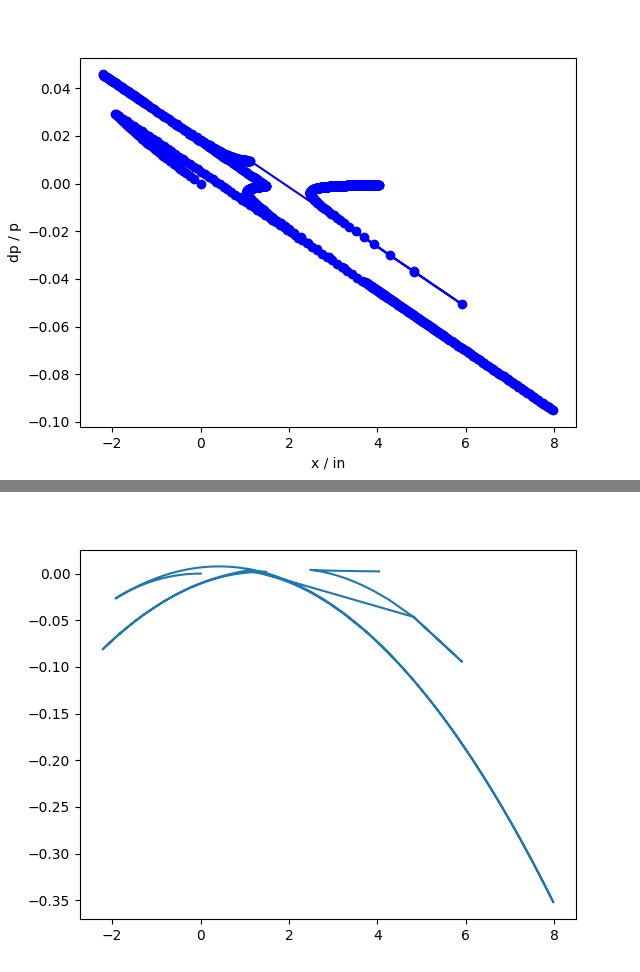
Repository: leiradom/Modified-linear-theory
Script's output: python 3_Shock_correction.py
The author's editor kept a copy of each file at every save. The script's output is drawn from the files as they stood at one save, then again after the next save.
Each picture stacks the figures in order, with grey between them; figures that are only written to a file come last. Random numbers start from a fixed seed.

Above is the script's output before, as saved 2021-04-07 09:40:02.

After the next save:
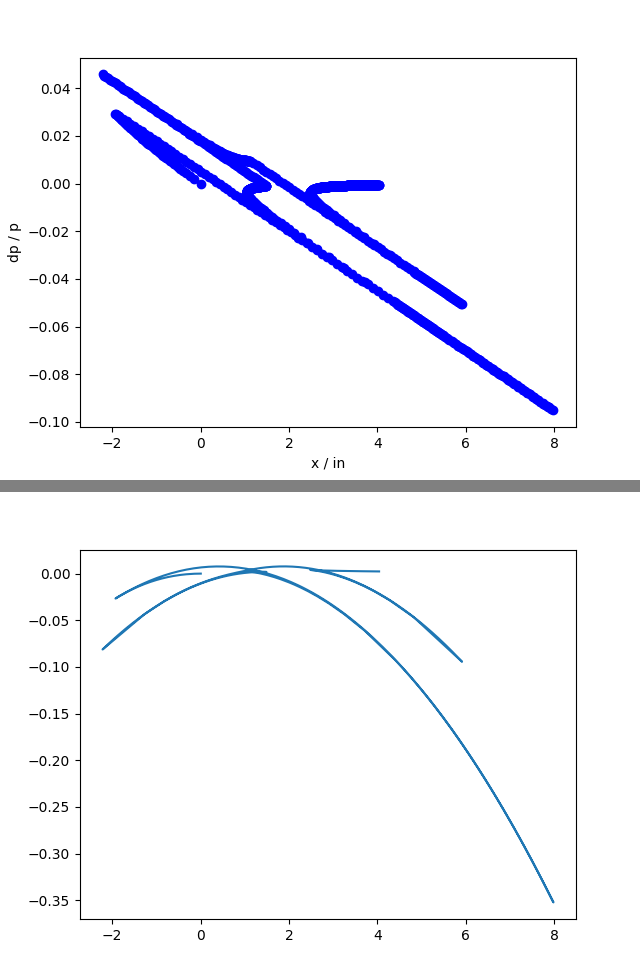
Saved 73 s later.
--- a/3_Shock_correction.py
+++ b/3_Shock_correction.py
@@ -31,7 +31,7 @@ Y0 = Y
 
 #------------1先找出第一个强间断的地方,已经核实，l0没有问题
 for i0 in range(0,a-1):
-    if(math.sqrt((X[i0+1] - X[i0])**2 + (Y[i0+1] - Y[i0])**2) >2):   #1.3
+    if(math.sqrt((X[i0+1] - X[i0])**2 + (Y[i0+1] - Y[i0])**2) >1.3):   #1.3
     #if((X[i+1] - X[i]) * (Y[i+1] - Y[i])):
         #px = i0                            #记录此时的i
         #print(px,X[i0])
@@ -63,7 +63,7 @@ for i in range(0,a-1):
     li = math.sqrt((X[i+1] - X[i])**2 + (Y[i+1] - Y[i])**2)
     k0 = ((Y[i+1] - Y[i])/(X[i+1] - X[i]))  #两点间的斜率
     #先找到距离较大的点
-    if(abs(X[i+1]-X[i])>0.5):   #if((li >= l0))  #不再利用线段长度作为判据，改用x方向的位移量
+    if(abs(X[i+1]-X[i])>1):   #if((li >= l0))  #不再利用线段长度作为判据，改用x方向的位移量
         px = i                       #记录每一个距离较大的地方的i
         h0 = ((X[i+1] - X[i])/(b0))   #每一个都离散成b个点
         #print("px=",px)
